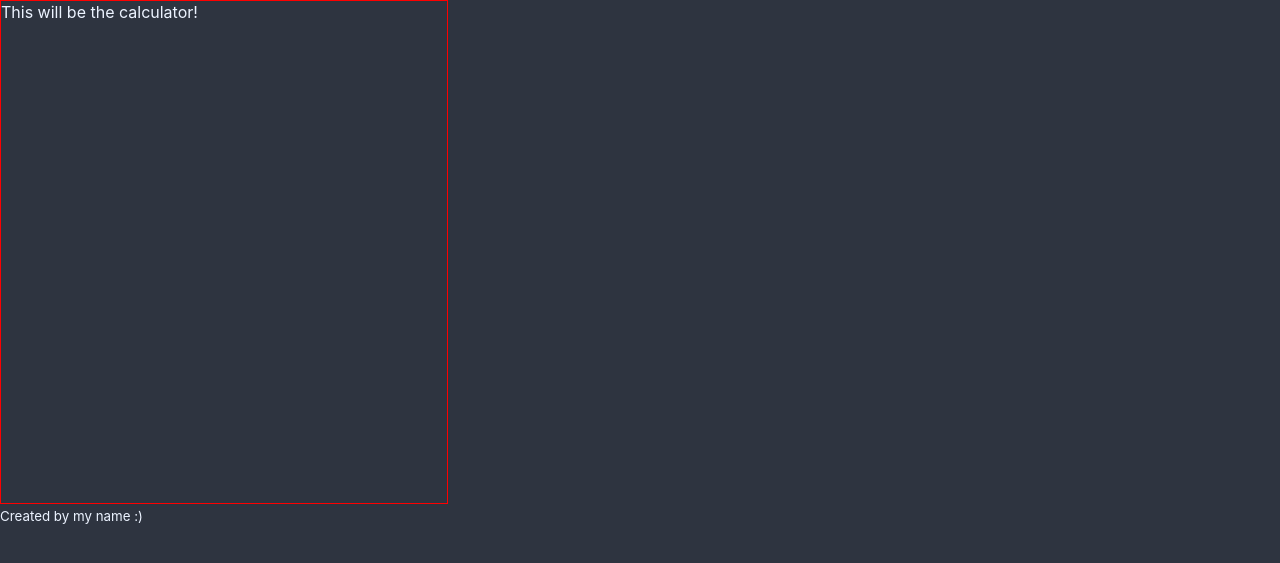
Repository: asing44/FCC
Page: / (app in Front-End-Projects/Calculator/)
The author's editor kept a copy of each file at every save. The page is drawn from the files as they stood at one save, then again after the next save.
The browser window is 1280 px wide. The pictures show the whole page.
The project was rebuilt for these pictures with package versions that can differ from the ones it lists, and the page was loaded fresh each time. Also part of the build but not shown: Front-End-Projects/Calculator/vite.config.js.

Above is the page before, as saved 2024-10-11 18:07:07.

After the next save:
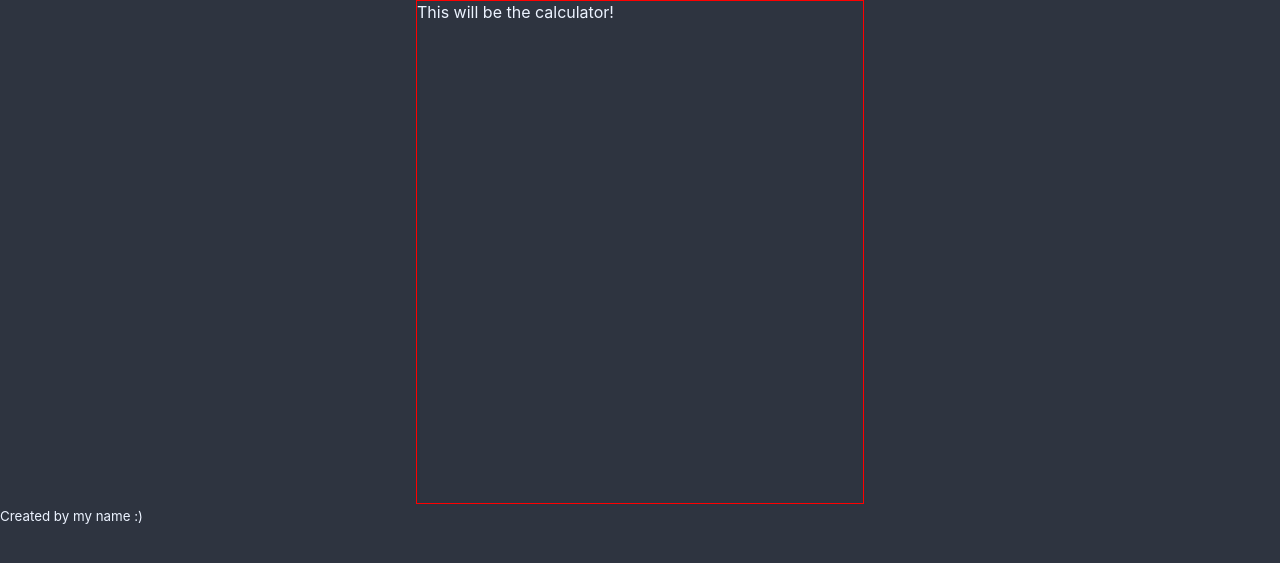
Saved 23 s later.
--- a/Front-End-Projects/Calculator/src/assets/main.css
+++ b/Front-End-Projects/Calculator/src/assets/main.css
@@ -10,6 +10,11 @@
   place-content: center;
 }
 
+main {
+  display: grid;
+  place-content: center;
+}
+
 small {
   margin-top: 1rem;
 }
